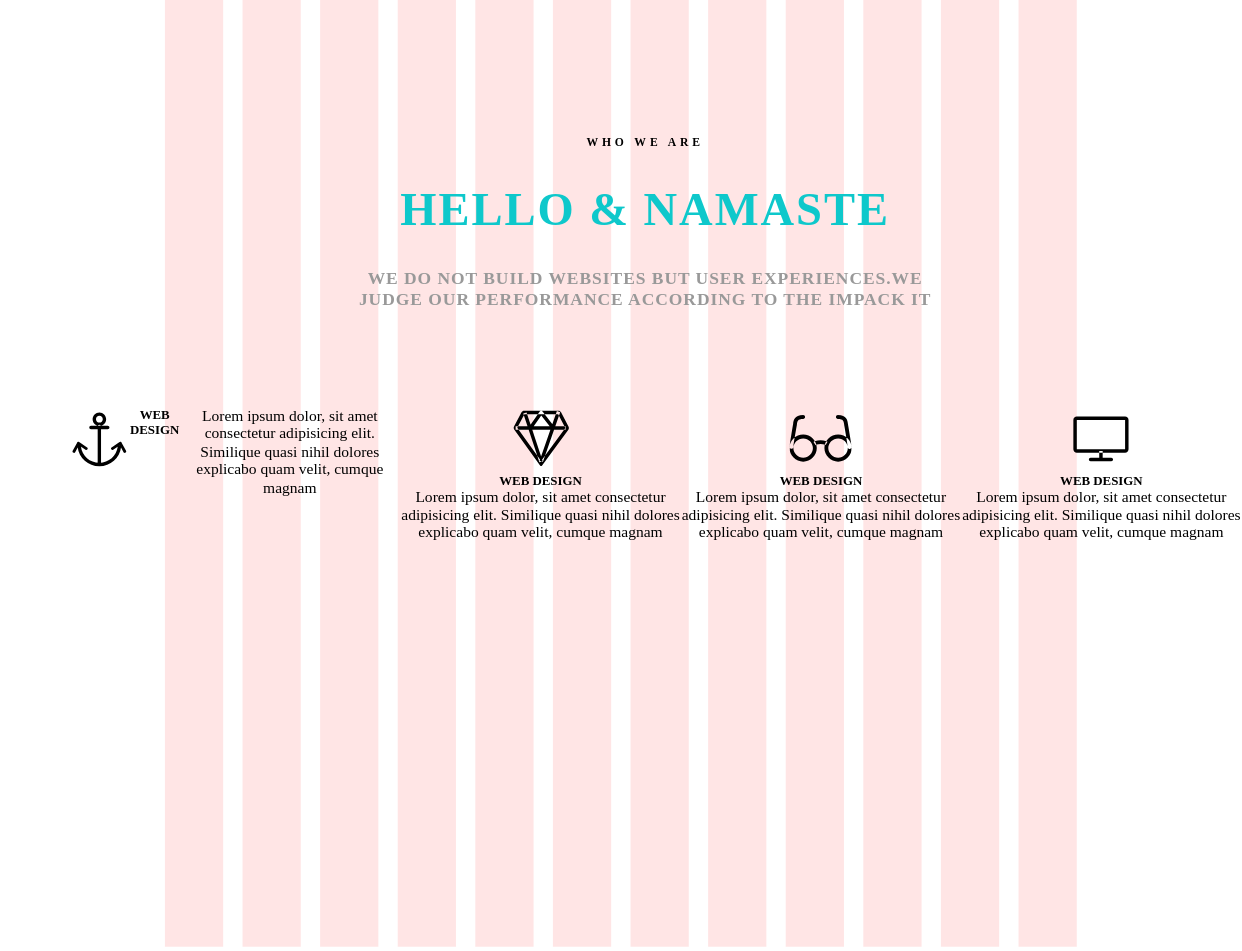
Repository: shpakovskaya/github.io
Page: boxsizing/namastegreen/index.html
These files come from the project's save history. The page is drawn as it stood at one moment and after the next save; the edit follows.
The browser window is 1280 px wide. The pictures show the whole page, at 97% of full size.

Above is the page before, as saved 2021-11-22 20:15:14.

After the next save:
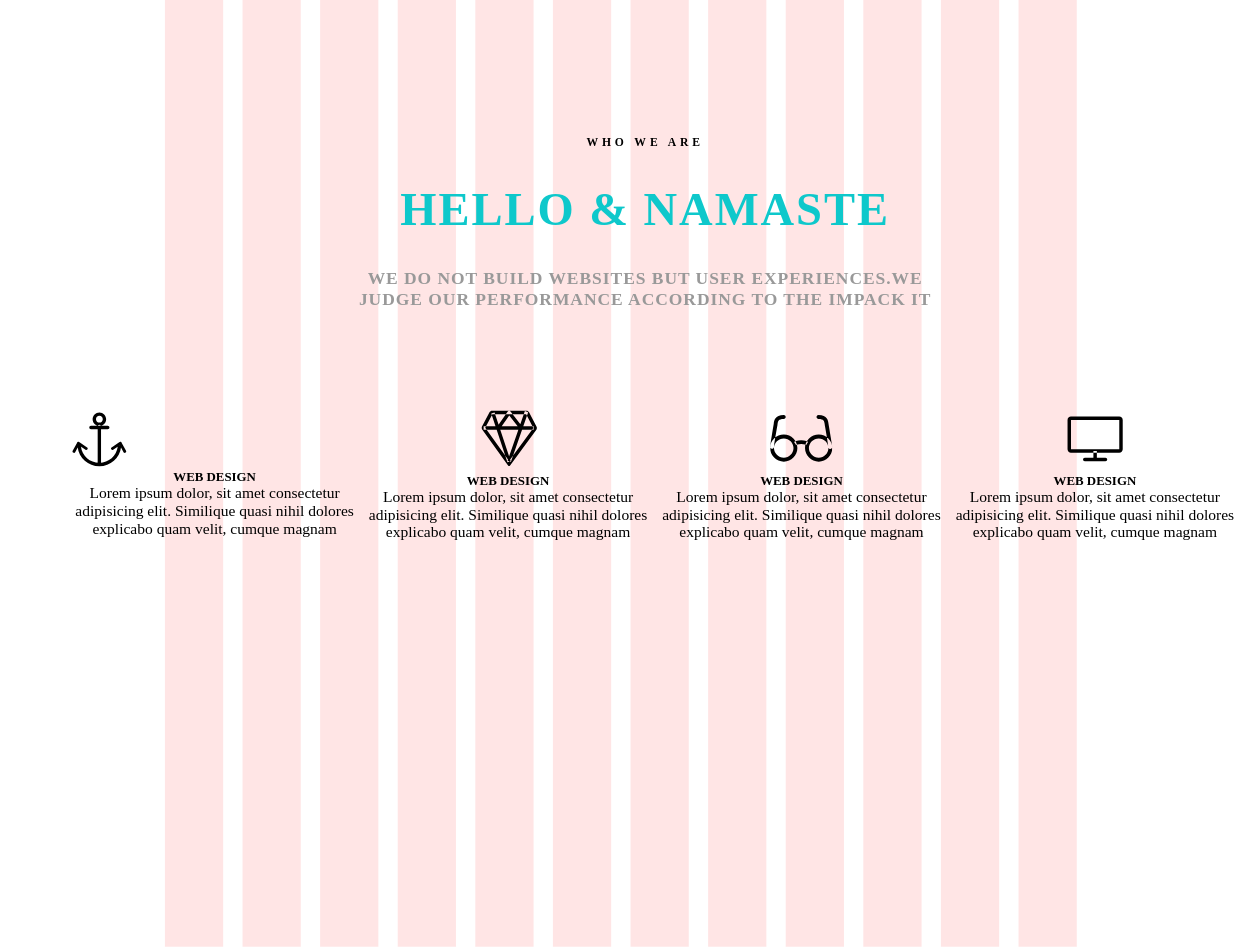
Saved 18 s later.
--- a/boxsizing/namastegreen/style.css
+++ b/boxsizing/namastegreen/style.css
@@ -54,7 +54,7 @@
   flex-direction: row;
   text-align: center;
 }
-.c-wrapper__anchor {
+.e-wrapper__anchor {
   display: flex;
   align-content: center;
 }
